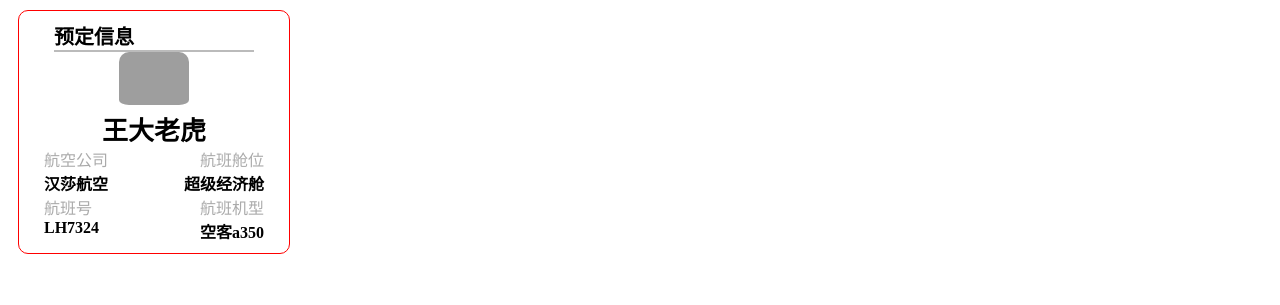
Repository: xzm1997/react-learning
Page: /
The author's editor kept a copy of each file at every save. The page is drawn from the files as they stood at one save, then again after a run of saves.
The browser window is 1280 px wide. The pictures show the whole page.
Pictures or frames that could not be fetched are drawn as grey boxes. The project was rebuilt for these pictures with package versions that can differ from the ones it lists, and the page was loaded fresh each time.

Above is the page before, as saved 2023-01-31 11:02:38.

After the next 4 saves:
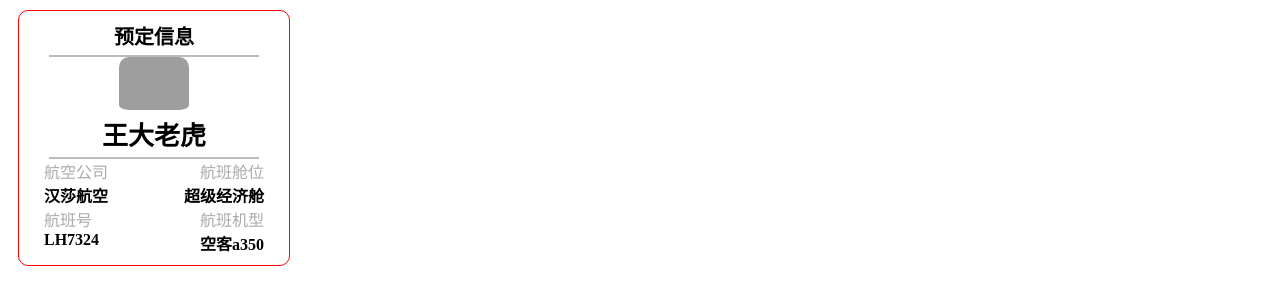
The 4 saves are shown as one change because they came seconds apart.
The last was saved 13 s later.
--- a/src/index.css
+++ b/src/index.css
@@ -13,6 +13,9 @@
   display: flex;
   flex-direction: column;
   align-items: center;
+  width: 210px;
+  padding-bottom: 5px;
+  border-bottom: solid 2px #bbb;
 }
 
 .ava {
@@ -33,7 +36,9 @@
 .totalTitle {
   font-size: 20px;
   font-weight: 700;
-  width: 200px;
+  text-align: center;
+  width: 210px;
+  padding-bottom: 5px;
   border-bottom: solid 2px #bbb;
 }
 
